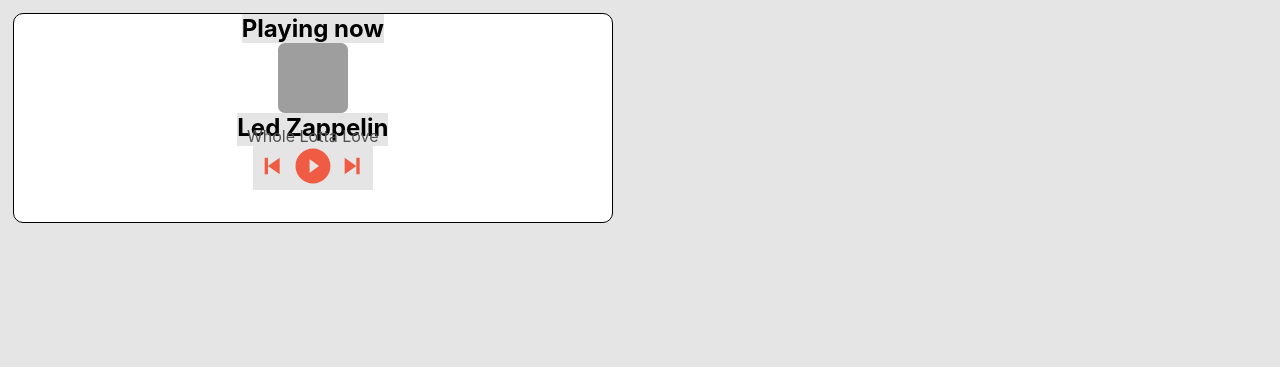
Repository: Sxcram02/playlist
Page: /
The author's editor kept a copy of each file at every save. The page is drawn from the files as they stood at one save, then again after the next save.
The browser window is 1280 px wide. The pictures show the whole page.
Pictures or frames that could not be fetched are drawn as grey boxes. The page's requests for data from a server got no answer. The project was rebuilt for these pictures with package versions that can differ from the ones it lists, and the page was loaded fresh each time. No one was signed in, and anything a server would have sent is missing.

Above is the page before, as saved 2023-02-23 09:24:52.

### src/index.js
import React from 'react';
import ReactDOM from 'react-dom/client';
import './index.css';
import App from './App';

const root = ReactDOM.createRoot(document.getElementById('root'));
root.render(
  <React.StrictMode>
    <App />
  </React.StrictMode>
);
// If you want to start measuring performance in your app, pass a function
// to log results (for example: reportWebVitals(console.log))
// or send to an analytics endpoint. Learn more: https://bit.ly/CRA-vitals

### src/App.js
import './App.css'
import { AiFillPlayCircle, AiFillPauseCircle } from 'react-icons/ai'
import { BiSkipNext, BiSkipPrevious } from 'react-icons/bi'
import { IconContext } from 'react-icons'
import { useState } from 'react'
import useSound from 'use-sound'

function App() {
  const [isPlaying, setIsPlaying] = useState(false)
  const [play,{pause, duration, sound}] = useSound("https://www.soundhelix.com/examples/mp3/SoundHelix-Song-1.mp3")

  const playingButton = () => {
    if(isPlaying){
      pause()
      setIsPlaying(false)
    } else {
      play()
      setIsPlaying(true)
    }
  }
  return (
    <div className="component">
      <h2>Playing now</h2>
      <img src="https://picsum.photos/200/300" alt="Imagen..." className="musicCover" />
      <div className="titleContainer">
        <h3 className="title">Led Zappelin</h3>
        <p className="subTitle">Whole Lotta Love</p>
      </div>
      <div>
        <button className="playButton">
          <IconContext.Provider value={{size:"3em", color:"#EF5C43"}}>
            <BiSkipPrevious />
          </IconContext.Provider>
        </button>
        {isPlaying ? (
          <button className="playButton">
            <IconContext.Provider value={{size:"3em", color:"#EF5C43"}}>
              <AiFillPauseCircle onClick={playingButton}/>
            </IconContext.Provider>
          </button>
        ) : (
          <button className="playButton">
            <IconContext.Provider value={{size:"3em", color:"#EF5C43"}}>
              <AiFillPlayCircle onClick={playingButton}/>
            </IconContext.Provider>
          </button>
        )}
        <button className="playButton">
          <IconContext.Provider value={{size:"3em", color:"#EF5C43"}}>
            <BiSkipNext />
          </IconContext.Provider>
        </button>
      </div>
    </div>
  );
}

export default App;

### src/App.css
* {
    background-color: #e5e5e5;
    padding: 0;
    margin: 0;
    box-sizing: border-box;
    scroll-behavior: smooth;
}

.component {
    background-color: white;
    width: 50%;
    max-width: 600px;
    margin: 1%;
    padding-bottom: 2em;
    border: 0.1px solid black;
    border-radius: 10px;
    display: flex;
    flex-direction: column;
    align-items: center;
    justify-content: center;
}

.musicCover {
    border-radius: 10%;
    width: 70px;
    height: 70px;
}

.titleContainer {
    text-align: center;
}

.title {
    font-size: 24px;
    font-weight: 700;
}

.subTitle {
    margin-top: -1em;
    color: #4f4f4f;
}

.playButton {
    background: none;
    border: none;
    align-items: center;
    justify-content: center;
}

Loaded but not shown: public/index.html (common file); src/index.css (common file)

After the next save:
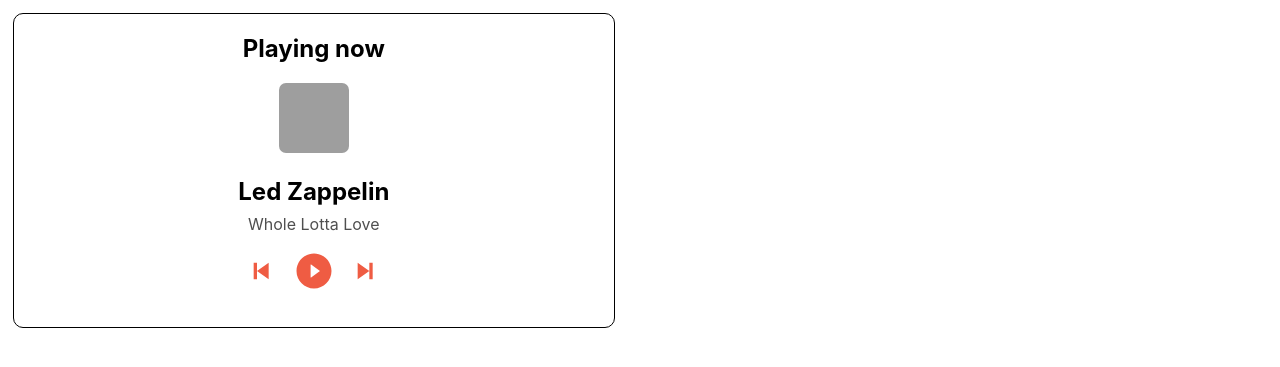
Saved 7 h 11 min later.
--- a/src/App.css
+++ b/src/App.css
@@ -1,10 +1,4 @@
-* {
-    background-color: #e5e5e5;
-    padding: 0;
-    margin: 0;
-    box-sizing: border-box;
-    scroll-behavior: smooth;
-}
+
 
 .component {
     background-color: white;
